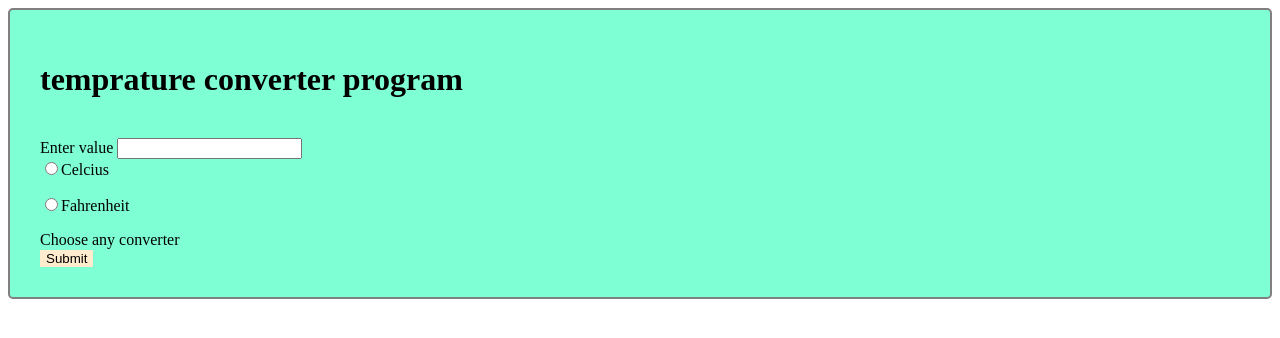
Repository: albinsabu2023/Stopwatch-program
Page: index.html
The author's editor kept a copy of each file at every save. The page is drawn from the files as they stood at one save, then again after the next save.
The browser window is 1280 px wide. The pictures show the whole page.

Above is the page before, as saved 2023-03-02 23:11:09.

### index.html
<!DOCTYPE html>

<head>
    <meta charset="UTF-8">
    <meta http-equiv="X-UA-Compatible" content="IE=edge">
    <meta name="viewport" content="width=device-width, initial-scale=1.0">
    <link rel="stylesheet" href="style.css">
    <title>Document</title>
</head>
    <div class="c-1">


        <h1>temprature converter program</h1><br>
        <label>Enter value</label>
        <input type="text" id="text"></input><br>

        <input type="radio"  id="cel" name="temp">Celcius</input><br>
        <input type="radio" id="far" name ="temp">Fahrenheit</input><br>
        <label id="ans"> Choose any converter</label><br>
        <button type="submit" id ="submit">Submit</button>
    </div>
    <script src="index.js"></script>
</body>
</html>

### style.css
.c-1{
    padding: 30px;
    border: 2px solid gray;
    border-radius: 5px;
    background-color: aquamarine;
}
#cel,#far{
    margin-bottom: 20px;
}
#submit{
    background-color: blanchedalmond;
    border:none;
    display: felx;
    flex: 1;
}

### index.js
//SCOPE
/** let is limited to block
 *  var is referenced to a function
 * for(var i){
 * }
 * console.log(i) /// ERRROR!!!! cant acces
 *
 */

//locale and options
//  -----------------------
// let num = 1234.56;
// num = num.toLocaleString("en-us"); ///english usa
// console.log(num);
// num = num.toLocaleString("hi-In"); //hindi india
// console.log(num);
// num = num.toLocaleString("de-De"); //standard german
// console.log(num);
//  convert to currency
//  TO CURRENCY
//------------------

// let num = 12345.467;
// num = num.toLocaleString("en-US", { style: "currency", currency: "INR" });
// console.log(num);
//TO UNIT AND PERCENTAGE
//-----------------------------------
// num = num.toLocaleString("undefined", { style: "percentage", });
// num = num.toLocaleString("undefined", { style: "unit",,unit:"celcius" });

//NUMBER GUESSING PROGRAM
{
  /* <h1>Number Guessing Game</h1>
    <p>Pick a number between 1 to 10</p>
    <label>enter a guess</label>
    <input id="guess" type="text"></input>
    <input type="submit" id="submit"></input> */
}
// const ans = Math.floor(Math.random() * 10 + 1);
// let guess = 0;
// document.getElementById("submit").onclick = function () {
//   guess = document.getElementById("guess").value;
//   if (guess == ans) {
//     alert(`${ans} is the number it took ${guess} `);
//   } else if (guess < ans) {
//     console.log("too small");
//   } else if (guess > num) {
//     console.log("too big");
//   }
// };

//TEMPRATURE CONVERTER PROGRAM

document.getElementById("submit").onclick = function () {
  let temp;

  if (document.getElementById("cel").checked) {
    temp = document.getElementById("text").value;
    temp = Number(temp);
    let res = toCel(temp);
    document.getElementById("ans").innerHTML =
      " you enterd in celcius  is" + res;
  } else if (document.getElementById("far").checked) {
    temp = document.getElementById("text").value;
    temp = Number(temp);
    let res = toFar(temp);
    document.getElementById("ans").innerHTML =
      "you enterd in faranheit  is " + res;
  } else {
    document.getElementById("ans").innerHTML = "please choose one";
  }
};

function toCel(temp) {
  return (temp - 32) * (5 / 9);
}
function toFar(temp) {
  return (temp * 9) / 5 + 32;
}

After the next save:
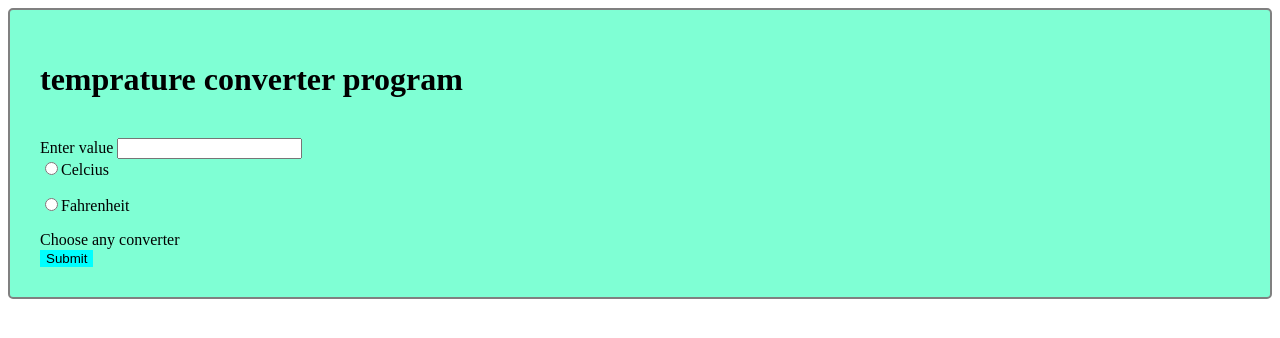
Saved 11 s later.
--- a/style.css
+++ b/style.css
@@ -11,5 +11,5 @@
     background-color: blanchedalmond;
     border:none;
     display: felx;
-    flex: 1;
+    background-color: aqua;
 }
